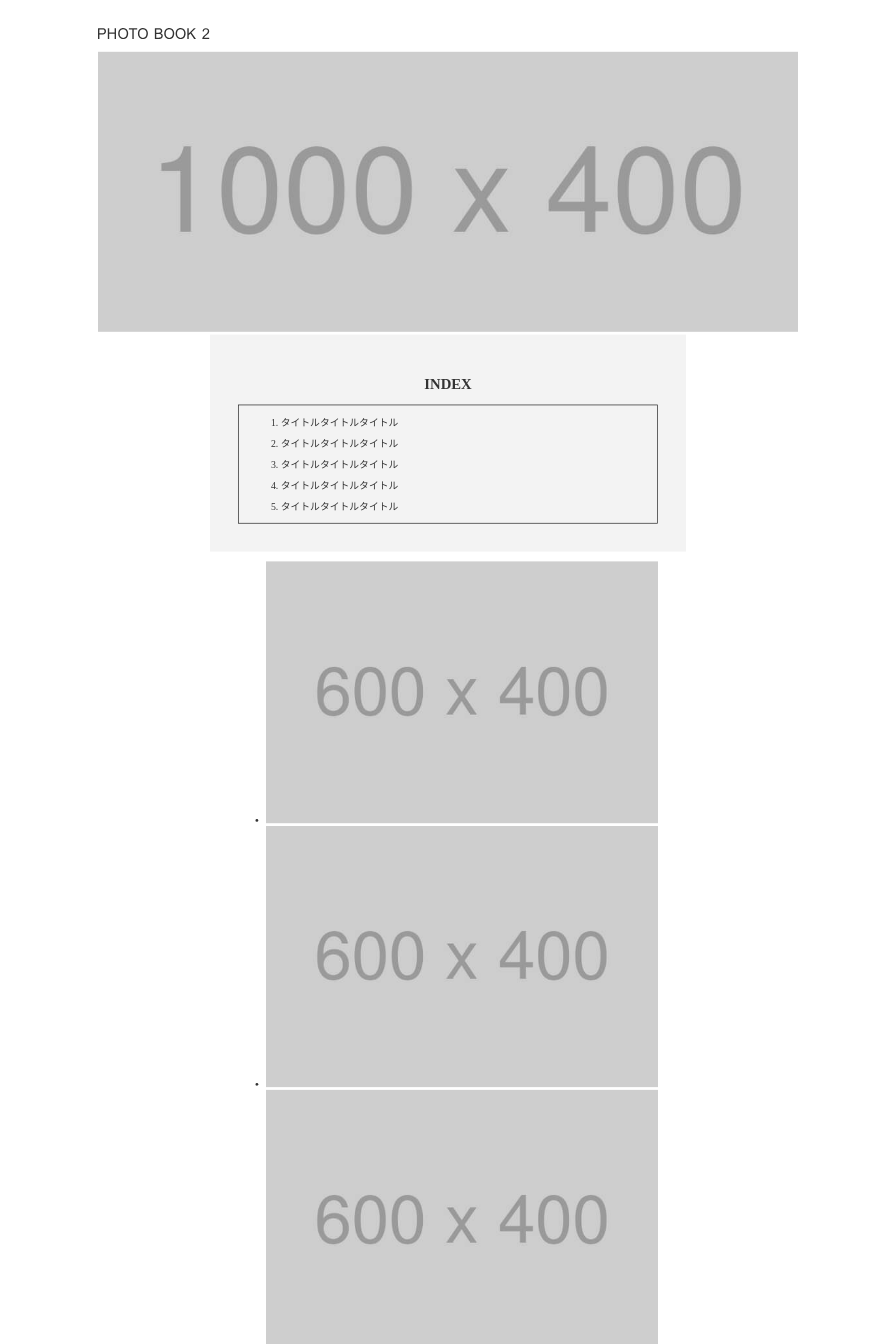
Repository: Fuki-san/photo-book-2
Page: http://localhost/photobook
An editor plug-in stored every save of this project. The page is shown before and after the next save, followed by the edit.
The browser window is 1280 px wide. The pictures show the part of the page from y = 0 to 1920 px (the page is 2637 px tall before and 2703 px after), at 70% of full size.
The page is served by the project's Laravel application, run on PHP 8.4 with Laravel 10. Other server files are loaded and not shown.

Above is the page before, as saved 2023-11-30 12:00:17.

### routes/web.php
<?php

use Illuminate\Support\Facades\Route;

/*
|--------------------------------------------------------------------------
| Web Routes
|--------------------------------------------------------------------------
|
| Here is where you can register web routes for your application. These
| routes are loaded by the RouteServiceProvider and all of them will
| be assigned to the "web" middleware group. Make something great!
|
*/

Route::get('/', function () {
    return view('welcome');
});

Route::get('photobook', function() {
    return view('photobook');
})->name('photobook');

### resources/views/photobook.blade.php
@extends('layouts.main')

@section('title', 'photobook')

@section('content')
    <div class="container">
        <header id="header">
            <h1 class="site-title"><a href="#"><img src="img/logo.svg" alt=""></a></h1>
        </header>

        <main>

            <div id="mainvisual">
                <img src="img/mainvisual.jpg" alt="">
            </div>

            <section id="index">
                <div class="inner">
                    <h2 class="sec-title">INDEX</h2>
                    <div class="index-inner">
                        <ol class="index-list">
                            <li>タイトルタイトルタイトル</li>
                            <li>タイトルタイトルタイトル</li>
                            <li>タイトルタイトルタイトル</li>
                            <li>タイトルタイトルタイトル</li>
                            <li>タイトルタイトルタイトル</li>
                        </ol>
                    </div>
                </div>
            </section>

                <div class="inner">
                    <ul class="list">
                        <li><img src="img/photo1.jpg" alt=""></li>
                        <li><img src="img/photo2.jpg" alt=""></li>
                        <li><img src="img/photo3.jpg" alt=""></li>
                        <li><img src="img/photo4.jpg" alt=""></li>
                    </ul>
                </div>

            <section id="detail">
                <div class="inner">
                    <h2 class="sec-title">DETAIL</h2>
                    <div class="flex">
                        <dl>
                            <dt>著者 : </dt>
                            <dd>タイトルタイトルタイトル</dd>
                            <dt>出版社 : </dt>
                            <dd>タイトルタイトルタイトル</dd>
                            <dt>発行年 : </dt>
                            <dd>2021年1月1日</dd>
                        </dl>
                        <div class="text">
                            <p>テキストテキストテキストテキストテキストテキストテキストテキスト</p>
                            <p>テキストテキストテキストテキストテキストテキストテキストテキスト</p>
                            <a href="#" class="link" target="_blank" rel="noopener noreferrer">オンラインストアで見る</a>
                        </div>
                    </div>
                </div>
            </section>
        </main>

        <footer id="footer">
            <p>&copy; 2021 PHOTO BOOK 2</p>
        </footer>

    </div>
@endsection

### resources/views/layouts/main.blade.php
<!DOCTYPE html>
<html lang="ja">
<head>
    <meta charset="UTF-8">
    <meta name="viewport" content="width=device-width, initial-scale=1.0">
    <meta http-equiv="X-UA-Compatible" content="ie=edge">
    <link rel="stylesheet" href="{{ asset('css/reset.css') }}">
    <link rel="stylesheet" href="{{ asset('css/style.css') }}">
    <link rel="icon" href="img/favicon.ico">
    <title>@yield('title')</title>
</head>
<body>
    @yield('content')
</body>
</html>

### public/css/style.css
@charset "utf-8";

html{
    font-size: 100%;
}
body{
    color: #333;
    font-size: 0.875rem;
}
img{
    max-width: 100%;
}
.container{
    max-width: 1000px;
    margin: 0 auto;
}
.inner{
    margin: 0 auto;
    max-width: 600px;
}

/* header */
#header{
    margin: 40px 0 10px 0;
}
#header .site-title{
    width: 160px;
    line-height: 1px;
}
#header .site-title a{
    display: block;
}
/* indexx */
#index .inner{
    background-color: #f3f3f3;
    padding: 40px;
    margin: ;
}
#index .sec-title{
    display: flex;
    justify-content: center;
}

#index .index-list{
    margin-left: 20px;
    justify-content: center;
}
#index .index-list li{
    margin-bottom: 10px;
}
#index .index-list li:last-child{
    margin-bottom: 0;
}
#index .index-inner{
    border: solid 1px #242424;
}

### public/img/logo.svg
<?xml version="1.0" encoding="utf-8"?>
<!-- Generator: Adobe Illustrator 15.1.0, SVG Export Plug-In . SVG Version: 6.00 Build 0)  -->
<!DOCTYPE svg PUBLIC "-//W3C//DTD SVG 1.1//EN" "http://www.w3.org/Graphics/SVG/1.1/DTD/svg11.dtd">
<svg version="1.1" id="レイヤー_1" xmlns="http://www.w3.org/2000/svg" xmlns:xlink="http://www.w3.org/1999/xlink" x="0px"
	 y="0px" width="1600px" height="156px" viewBox="0 0 1600 156" enable-background="new 0 0 1600 156" xml:space="preserve">
<g>
	<path fill="#333333" d="M0,152.092V2.65h56.373c9.92,0,17.498,0.477,22.731,1.428c7.34,1.223,13.49,3.552,18.451,6.982
		c4.96,3.433,8.953,8.241,11.978,14.425c3.022,6.185,4.536,12.98,4.536,20.387c0,12.709-4.043,23.463-12.129,32.264
		c-8.09,8.802-22.699,13.202-43.834,13.202h-38.33v60.754H0z M19.775,73.702h38.636c12.775,0,21.847-2.379,27.217-7.136
		c5.369-4.757,8.053-11.451,8.053-20.082c0-6.252-1.581-11.604-4.741-16.056c-3.16-4.45-7.324-7.391-12.487-8.817
		c-3.33-0.883-9.481-1.325-18.452-1.325H19.775V73.702z"/>
	<path fill="#333333" d="M139.859,152.092V2.65h19.776v61.367h77.677V2.65h19.775v149.441h-19.775V81.652h-77.677v70.439H139.859z"
		/>
	<path fill="#333333" d="M288.174,79.309c0-24.805,6.66-44.224,19.98-58.258C321.473,7.019,338.667,0,359.735,0
		c13.795,0,26.232,3.298,37.309,9.889c11.076,6.593,19.521,15.784,25.332,27.574c5.811,11.791,8.716,25.163,8.716,40.112
		c0,15.155-3.059,28.713-9.175,40.674c-6.116,11.961-14.781,21.016-25.993,27.166c-11.214,6.15-23.311,9.226-36.291,9.226
		c-14.067,0-26.641-3.398-37.717-10.194c-11.079-6.794-19.471-16.071-25.179-27.829C291.029,104.86,288.174,92.425,288.174,79.309z
		 M308.562,79.614c0,18.01,4.843,32.197,14.527,42.559c9.684,10.364,21.831,15.546,36.442,15.546
		c14.884,0,27.131-5.231,36.75-15.699c9.615-10.464,14.423-25.313,14.423-44.546c0-12.165-2.057-22.784-6.167-31.856
		c-4.112-9.071-10.126-16.106-18.043-21.101c-7.917-4.995-16.804-7.493-26.656-7.493c-14,0-26.046,4.81-36.137,14.425
		C313.608,41.065,308.562,57.121,308.562,79.614z"/>
	<path fill="#333333" d="M490.425,152.092V20.286h-49.237V2.65h118.451v17.636h-49.439v131.806H490.425z"/>
	<path fill="#333333" d="M570.14,79.309c0-24.805,6.658-44.224,19.979-58.258C603.438,7.019,620.632,0,641.7,0
		c13.794,0,26.23,3.298,37.309,9.889c11.076,6.593,19.522,15.784,25.331,27.574c5.813,11.791,8.717,25.163,8.717,40.112
		c0,15.155-3.059,28.713-9.176,40.674c-6.114,11.961-14.779,21.016-25.992,27.166s-23.311,9.226-36.291,9.226
		c-14.068,0-26.641-3.398-37.717-10.194c-11.078-6.794-19.47-16.071-25.179-27.829C572.994,104.86,570.14,92.425,570.14,79.309z
		 M590.526,79.614c0,18.01,4.843,32.197,14.527,42.559c9.685,10.364,21.83,15.546,36.442,15.546
		c14.883,0,27.132-5.231,36.748-15.699c9.615-10.464,14.424-25.313,14.424-44.546c0-12.165-2.057-22.784-6.166-31.856
		c-4.113-9.071-10.127-16.106-18.043-21.101c-7.918-4.995-16.804-7.493-26.658-7.493c-14,0-26.044,4.81-36.136,14.425
		C595.572,41.065,590.526,57.121,590.526,79.614z"/>
	<path fill="#333333" d="M812.43,152.092V2.65h56.066c11.416,0,20.573,1.514,27.472,4.537c6.896,3.024,12.3,7.68,16.209,13.966
		c3.907,6.286,5.861,12.861,5.861,19.724c0,6.39-1.732,12.404-5.198,18.044c-3.467,5.641-8.7,10.193-15.7,13.659
		c9.039,2.65,15.987,7.172,20.848,13.558c4.857,6.389,7.289,13.933,7.289,22.631c0,7-1.479,13.506-4.435,19.521
		c-2.957,6.016-6.612,10.652-10.958,13.915c-4.352,3.261-9.806,5.726-16.363,7.391c-6.558,1.666-14.593,2.497-24.106,2.497H812.43z
		 M832.206,65.444h32.313c8.768,0,15.053-0.576,18.859-1.733c5.027-1.493,8.818-3.975,11.366-7.439
		c2.548-3.468,3.822-7.815,3.822-13.049c0-4.961-1.188-9.328-3.567-13.099c-2.38-3.773-5.776-6.354-10.192-7.748
		c-4.419-1.393-11.997-2.09-22.733-2.09h-29.868V65.444z M832.206,134.457h37.208c6.386,0,10.872-0.237,13.455-0.715
		c4.552-0.814,8.358-2.173,11.417-4.077c3.058-1.901,5.571-4.672,7.544-8.308c1.971-3.634,2.956-7.832,2.956-12.589
		c0-5.571-1.428-10.414-4.281-14.526c-2.854-4.111-6.814-6.999-11.876-8.665c-5.063-1.664-12.354-2.497-21.865-2.497h-34.558
		V134.457z"/>
	<path fill="#333333" d="M946.479,79.309c0-24.805,6.659-44.224,19.979-58.258C979.776,7.019,996.972,0,1018.039,0
		c13.794,0,26.23,3.298,37.309,9.889c11.077,6.593,19.521,15.784,25.331,27.574c5.812,11.791,8.717,25.163,8.717,40.112
		c0,15.155-3.058,28.713-9.175,40.674s-14.781,21.016-25.994,27.166s-23.311,9.226-36.29,9.226
		c-14.068,0-26.641-3.398-37.717-10.194c-11.078-6.794-19.47-16.071-25.18-27.829C949.332,104.86,946.479,92.425,946.479,79.309z
		 M966.865,79.614c0,18.01,4.842,32.197,14.526,42.559c9.685,10.364,21.83,15.546,36.442,15.546
		c14.884,0,27.133-5.231,36.749-15.699c9.615-10.464,14.424-25.313,14.424-44.546c0-12.165-2.057-22.784-6.166-31.856
		c-4.113-9.071-10.127-16.106-18.044-21.101c-7.917-4.995-16.803-7.493-26.657-7.493c-14.001,0-26.044,4.81-36.136,14.425
		C971.91,41.065,966.865,57.121,966.865,79.614z"/>
	<path fill="#333333" d="M1108.865,79.309c0-24.805,6.66-44.224,19.979-58.258C1142.163,7.019,1159.357,0,1180.426,0
		c13.794,0,26.23,3.298,37.31,9.889c11.076,6.593,19.521,15.784,25.332,27.574c5.811,11.791,8.715,25.163,8.715,40.112
		c0,15.155-3.059,28.713-9.175,40.674c-6.115,11.961-14.779,21.016-25.993,27.166s-23.312,9.226-36.29,9.226
		c-14.068,0-26.642-3.398-37.719-10.194c-11.078-6.794-19.469-16.071-25.177-27.829
		C1111.719,104.86,1108.865,92.425,1108.865,79.309z M1129.254,79.614c0,18.01,4.842,32.197,14.525,42.559
		c9.684,10.364,21.831,15.546,36.442,15.546c14.882,0,27.131-5.231,36.749-15.699c9.615-10.464,14.424-25.313,14.424-44.546
		c0-12.165-2.057-22.784-6.167-31.856c-4.113-9.071-10.127-16.106-18.043-21.101c-7.917-4.995-16.804-7.493-26.658-7.493
		c-13.999,0-26.044,4.81-36.135,14.425C1134.298,41.065,1129.254,57.121,1129.254,79.614z"/>
	<path fill="#333333" d="M1276.45,152.092V2.65h19.776V76.76l74.211-74.109h26.81l-62.691,60.552l65.444,88.89h-26.096
		l-53.213-75.638l-24.465,23.854v51.784H1276.45z"/>
</g>
<path fill="#333333" d="M1588.863,134.712v17.636h-98.777c-0.138-4.417,0.575-8.665,2.14-12.743
	c2.514-6.728,6.54-13.354,12.079-19.878c5.539-6.523,13.541-14.067,24.008-22.63c16.242-13.319,27.218-23.87,32.926-31.652
	c5.709-7.78,8.563-15.138,8.563-22.069c0-7.271-2.601-13.405-7.799-18.4c-5.199-4.995-11.978-7.492-20.337-7.492
	c-8.835,0-15.902,2.65-21.203,7.951s-7.986,12.641-8.053,22.019l-18.859-1.937c1.29-14.067,6.149-24.787,14.577-32.162
	c8.427-7.373,19.741-11.061,33.946-11.061c14.338,0,25.688,3.976,34.048,11.927c8.358,7.951,12.538,17.807,12.538,29.563
	c0,5.981-1.224,11.86-3.67,17.636c-2.446,5.776-6.508,11.86-12.182,18.247c-5.676,6.389-15.104,15.155-28.288,26.3
	c-11.009,9.243-18.078,15.513-21.203,18.808c-3.127,3.298-5.708,6.61-7.747,9.939H1588.863z"/>
</svg>

After the next save:
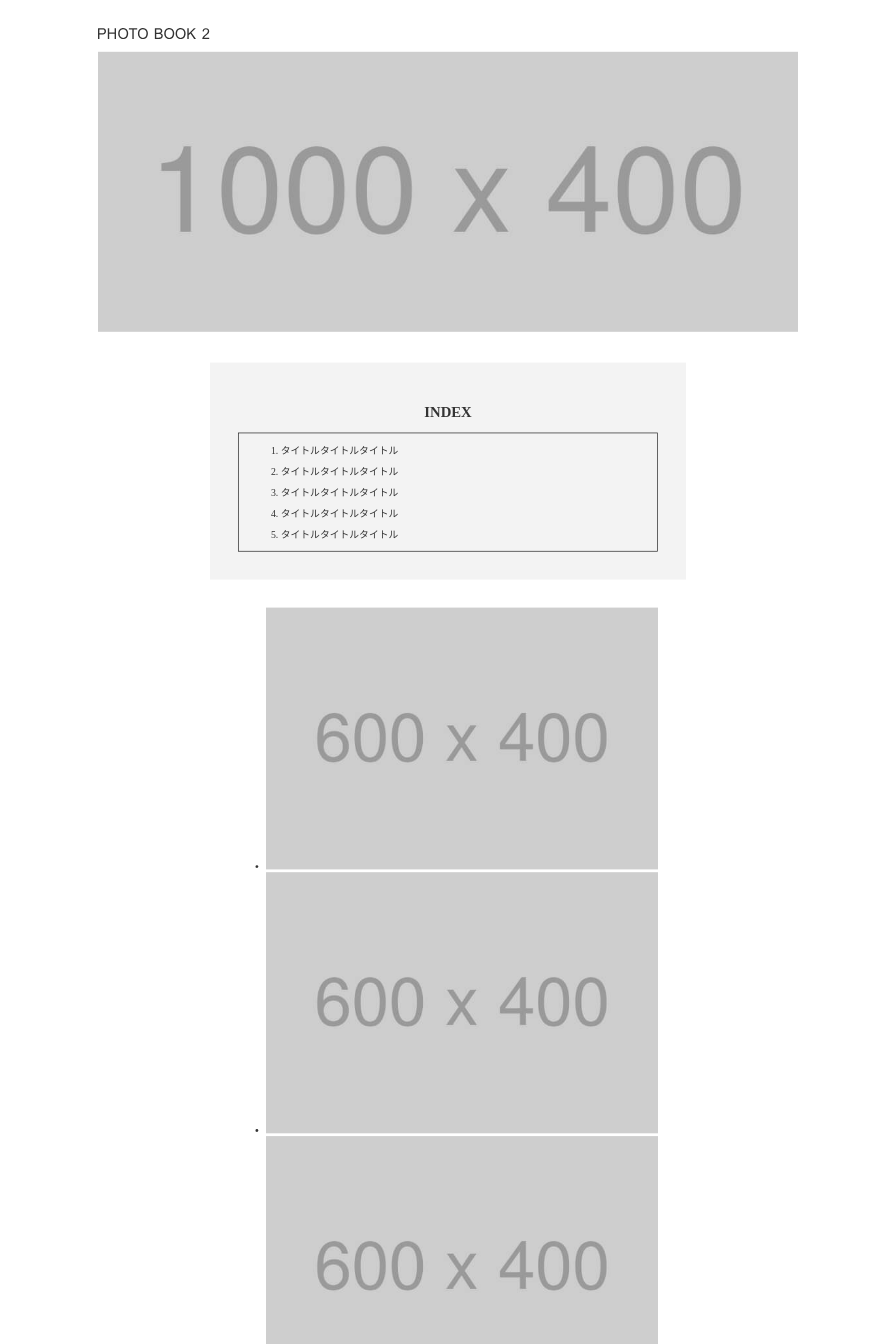
Saved 23 s later.
--- a/public/css/style.css
+++ b/public/css/style.css
@@ -34,7 +34,7 @@ img{
 #index .inner{
     background-color: #f3f3f3;
     padding: 40px;
-    margin: ;
+    margin: 40px auto 40px auto;
 }
 #index .sec-title{
     display: flex;
